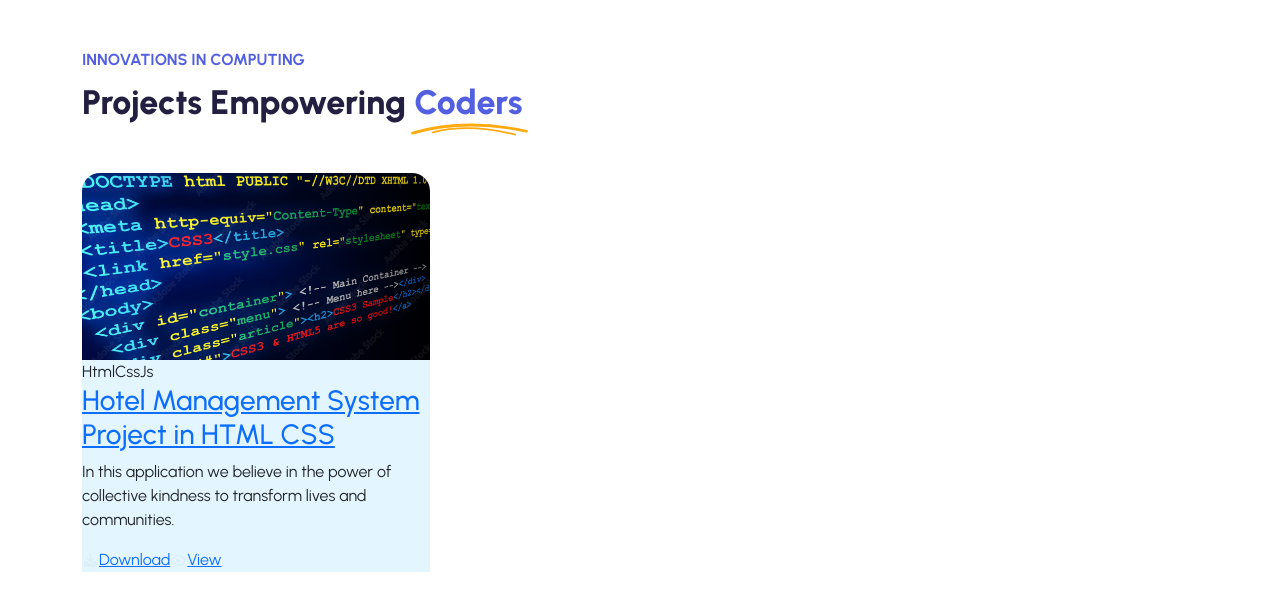
Repository: sharma171/jtccreativeideas
Page: /newsection (app in nextjssite/)
The author's editor kept a copy of each file at every save. The page is drawn from the files as they stood at one save, then again after a run of saves.
The browser window is 1280 px wide. The pictures show the whole page.
The project was rebuilt for these pictures with package versions that can differ from the ones it lists, and the page was loaded fresh each time. The framework's server and built-in components were replaced by stand-ins that run in the browser. Also part of the build but not shown: nextjssite/next.config.mjs.

Above is the page before, as saved 2024-03-28 12:39:16.

After the next 2 saves:
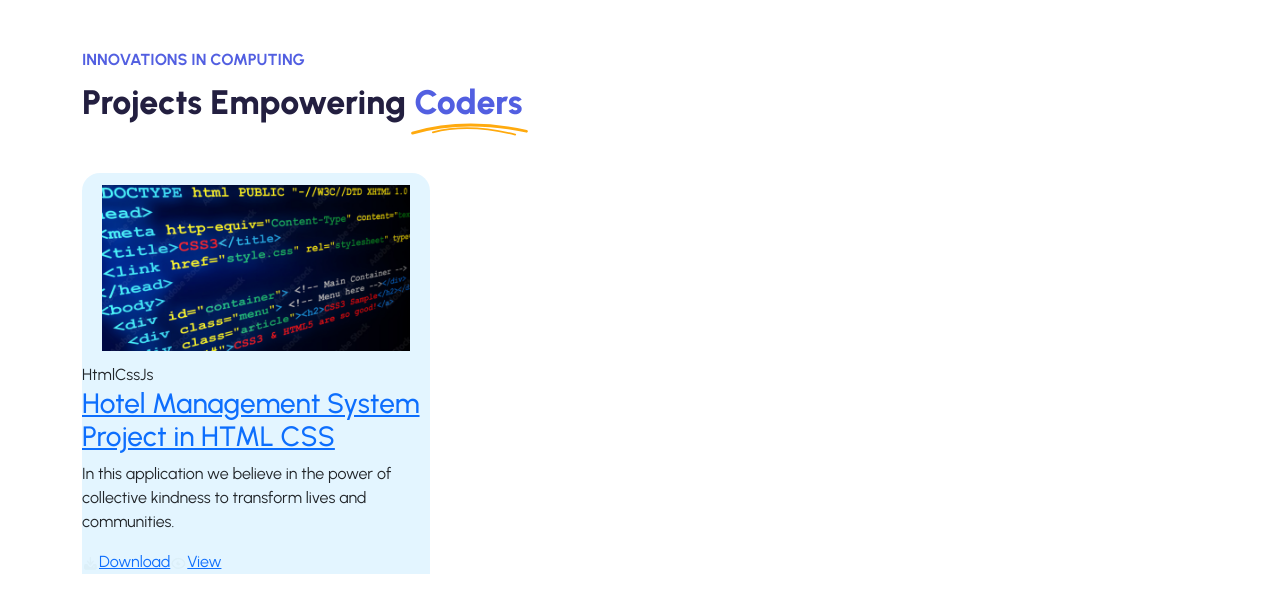
The 2 saves are shown as one change because they came seconds apart.
The last was saved 8 min 17 s later.
--- a/nextjssite/src/app/newsection/page.css
+++ b/nextjssite/src/app/newsection/page.css
@@ -56,3 +56,6 @@ section.projects {
     border-top-left-radius: 18px;
     border-top-right-radius: 18px;
 }
+.project-cards li .card-inner .thumb  {
+    padding: 12px 20px;
+}
